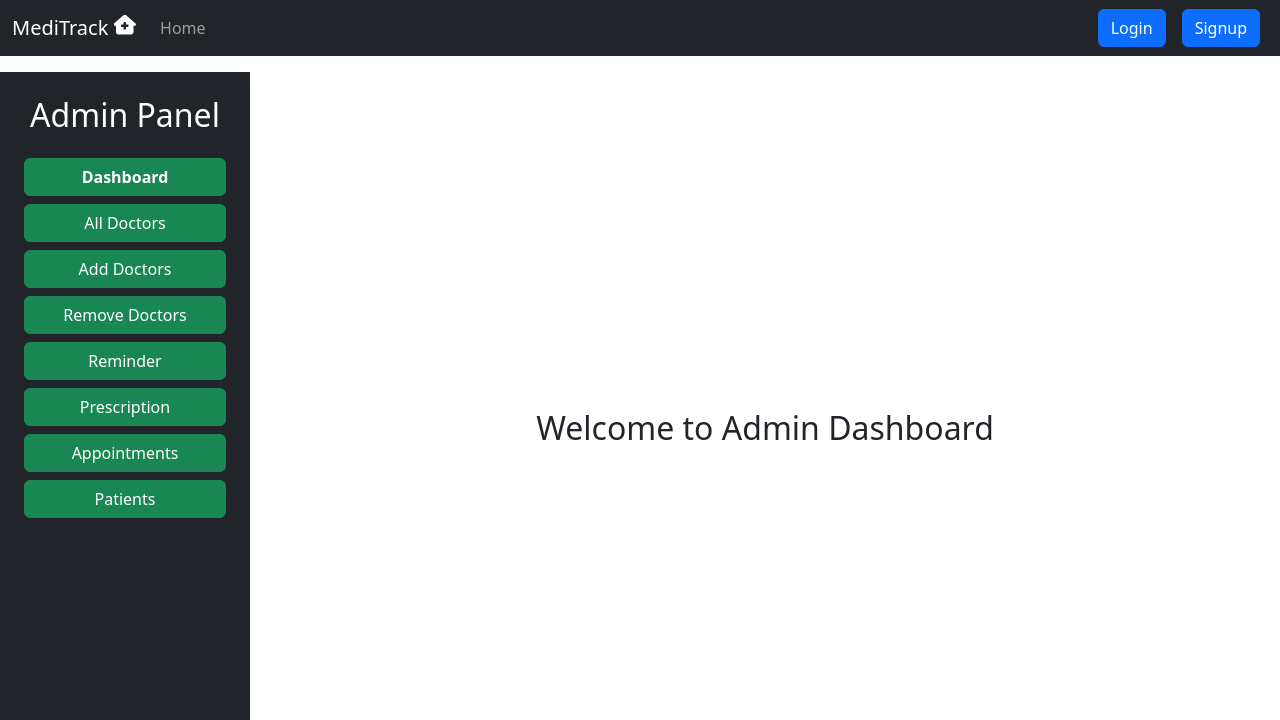
Repository: rahul-chakradhari/PillWise
Page: /admind (app in frontend/)
An editor plug-in stored every save of this project. The page is shown before and after a run of saves, followed by the edit.
The browser window is 1280 px wide. The pictures show the whole page.
An inner scrolling area shows only its first screen. The project was rebuilt for these pictures with package versions that can differ from the ones it lists, and the page was loaded fresh each time. Also part of the build but not shown: frontend/vite.config.js, frontend/src/components/Home.jsx, frontend/src/components/History.jsx, frontend/src/components/Remainder.jsx, frontend/src/components/Doctors.jsx, frontend/src/components/Healthy.jsx, frontend/src/components/Prescription.jsx, frontend/src/utils/axiosInstant.js and 3 more.

Above is the page before, as saved 2025-03-16 16:29:09.

After the next 2 saves:
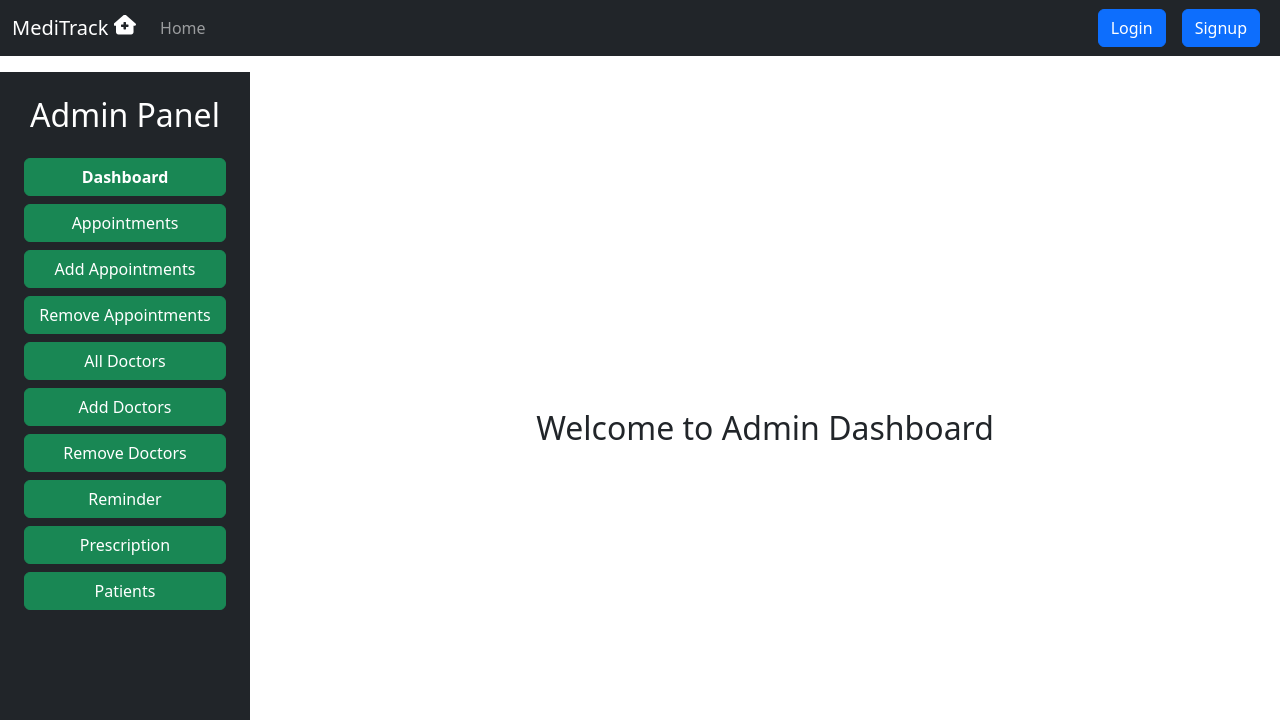
The 2 saves are shown as one change because they came seconds apart.
The last was saved 3 min 14 s later.
--- a/frontend/src/components/AdminData.jsx
+++ b/frontend/src/components/AdminData.jsx
@@ -79,12 +79,15 @@ const AdminData = () => {
         <h2 className="text-center mb-4">Admin Panel</h2>
         {[
           "Dashboard",
+          "Appointments",
+          "Add Appointments",
+          "Remove Appointments",
           "All Doctors",
           "Add Doctors",
           "Remove Doctors",
           "Reminder",
           "Prescription",
-          "Appointments",
+
           "Patients",
         ].map((section) => (
           <button
